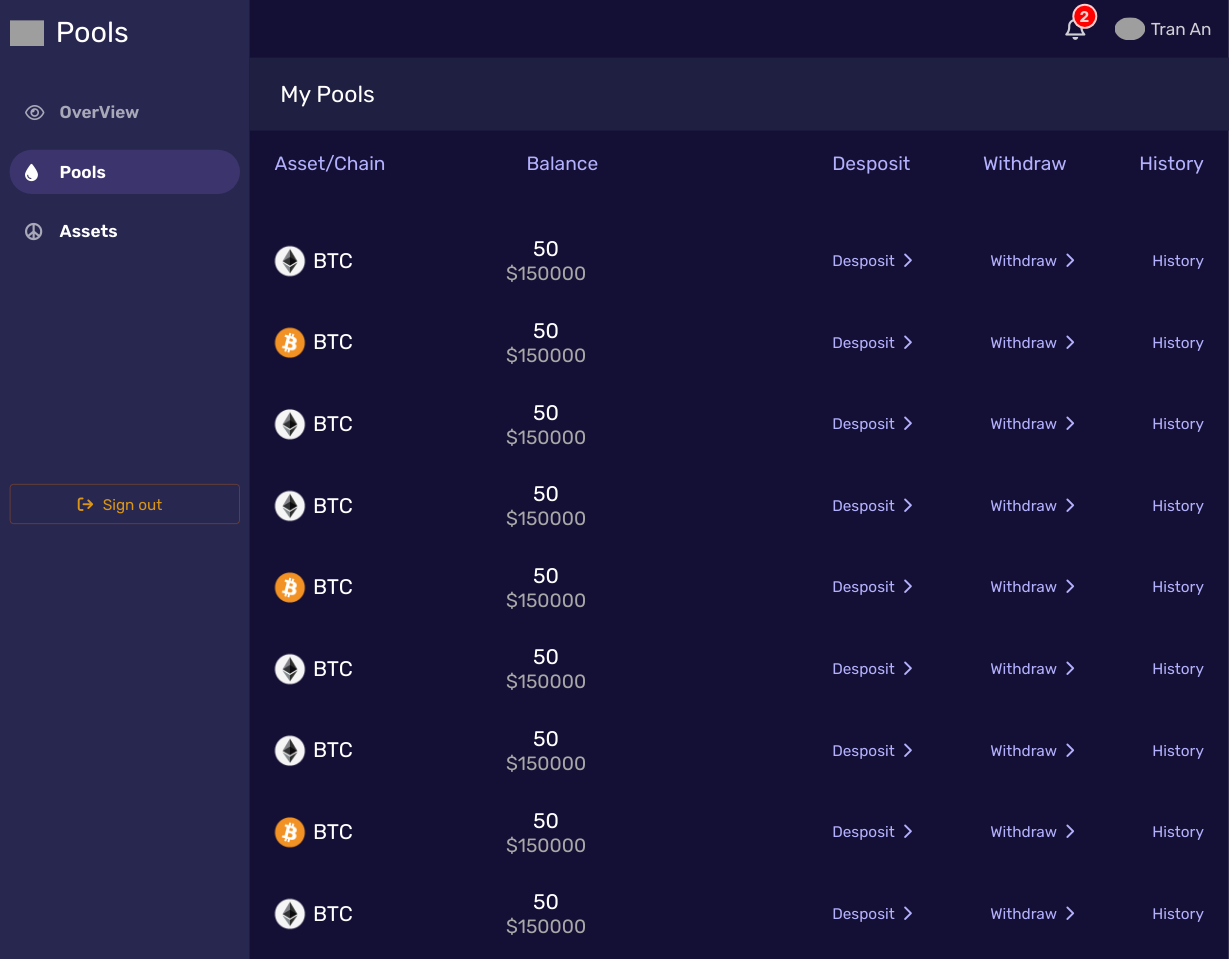
Repository: quynh232000/pools
Page: index.html
An editor plug-in stored every save of this project. The page is shown before and after the next save, followed by the edit.
The browser window is 1280 px wide. The pictures show the whole page, at 96% of full size.
Pictures or frames that could not be fetched are drawn as grey boxes.

Above is the page before, as saved 2023-07-13 22:30:25.

### index.html
<!DOCTYPE html>
<html lang="en">
  <head>
    <meta charset="UTF-8" />
    <meta name="viewport" content="width=device-width, initial-scale=1.0" />
    <title>Document</title>

    <link rel="stylesheet" href="./src/css/base.css" />
    <link rel="stylesheet" href="./src/css/style.css" />
    <link
      rel="stylesheet"
      href="https://cdnjs.cloudflare.com/ajax/libs/font-awesome/6.4.0/css/all.min.css"
      integrity="sha512-iecdLmaskl7CVkqkXNQ/ZH/XLlvWZOJyj7Yy7tcenmpD1ypASozpmT/E0iPtmFIB46ZmdtAc9eNBvH0H/ZpiBw=="
      crossorigin="anonymous"
      referrerpolicy="no-referrer"
    />
  </head>
  <body>
    <div class="container">
      <div class="sidebar">
        <div class="sidebar-logo">
          <img src="https://sef-eco.vercel.app/assets/images/logo.png" alt="" />
          <span>Pools</span>
        </div>
        <div class="sidebar-items">
          <div class="sidebar-list">
            <div class="sidebar-item">
              <i class="fa-regular fa-eye"></i>
              <div class="sidebar-item-name">OverView</div>
            </div>
            <div class="sidebar-item sidebar-item-active">
              <i class="fa-solid fa-droplet"></i>
              <a href="/pool.html" class="sidebar-item-name">Pools</a>
            </div>
            <div class="sidebar-item">
              <i class="fa-solid fa-peace"></i>
              <a href="/index.html" class="sidebar-item-name">Assets</a>
            </div>
          </div>

          <div class="sidebar-sign-out">
            <i class="fa-solid fa-arrow-right-from-bracket"></i>
            <div class="sidebar-item-name">Sign out</div>
          </div>
        </div>
      </div>
      <div class="content">
        <div class="header">
          <div class="header-noti">
            <i class="fa-regular fa-bell"></i>
            <div class="header-noti-count">2</div>
          </div>
          <div class="header-user">
            <img
              src="https://static.vecteezy.com/system/resources/previews/002/002/257/original/beautiful-woman-avatar-character-icon-free-vector.jpg"
              alt=""
            />
            <div class="header-user-name">Tran An</div>
          </div>
        </div>
        <!-- body -->
        <div class="content-title">My Pools</div>
        <div class="content-body">
          <div class="content-list">
            <!-- nav -->
            <div class="content-nav">
              <div class="nav-left">
                <div class="nav-left-info">
                  <div class="nav-left-name nav-text">Asset/Chain</div>
                </div>
                <div class="nav-left-balance">
                  <span class="nav-text">Balance</span>
                </div>
                <!-- Coin name -->
              </div>
              <div class="nav-right">
                <span class="nav-text">Desposit </span>
                <span class="nav-text">Withdraw </span>
                <span class="nav-text">History</span>
              </div>
            </div>

            <div class="content-list-body">
              <div class="content-nav">
                <div class="nav-left">
                  <div class="nav-left-info">
                    <img src="./src/img/eth.png" alt="" />
                    <div class="nav-left-name">BTC</div>
                  </div>
                  <div class="nav-left-balance">
                    <span>50</span>
                    <span>$150000</span>
                  </div>
                  <!-- Coin name -->
                </div>
                <div class="nav-right">
                  <span
                    >Desposit <i class="fa-solid fa-chevron-right"></i
                  ></span>
                  <span
                    >Withdraw <i class="fa-solid fa-chevron-right"></i
                  ></span>
                  <span>History</span>
                </div>
              </div>
              <div class="content-nav">
                <div class="nav-left">
                  <div class="nav-left-info">
                    <img src="./src/img/btc (1).png" alt="" />
                    <div class="nav-left-name">BTC</div>
                  </div>
                  <div class="nav-left-balance">
                    <span>50</span>
                    <span>$150000</span>
                  </div>
                  <!-- Coin name -->
                </div>
                <div class="nav-right">
                  <span
                    >Desposit <i class="fa-solid fa-chevron-right"></i
                  ></span>
                  <span
                    >Withdraw <i class="fa-solid fa-chevron-right"></i
                  ></span>
                  <span>History</span>
                </div>
              </div>
              <div class="content-nav">
                <div class="nav-left">
                  <div class="nav-left-info">
                    <img src="./src/img/eth.png" alt="" />
                    <div class="nav-left-name">BTC</div>
                  </div>
                  <div class="nav-left-balance">
                    <span>50</span>
                    <span>$150000</span>
                  </div>
                  <!-- Coin name -->
                </div>
                <div class="nav-right">
                  <span
                    >Desposit <i class="fa-solid fa-chevron-right"></i
                  ></span>
                  <span
                    >Withdraw <i class="fa-solid fa-chevron-right"></i
                  ></span>
                  <span>History</span>
                </div>
              </div>
              <div class="content-nav">
                <div class="nav-left">
                  <div class="nav-left-info">
                    <img src="./src/img/eth.png" alt="" />
                    <div class="nav-left-name">BTC</div>
                  </div>
                  <div class="nav-left-balance">
                    <span>50</span>
                    <span>$150000</span>
                  </div>
                  <!-- Coin name -->
                </div>
                <div class="nav-right">
                  <span
                    >Desposit <i class="fa-solid fa-chevron-right"></i
                  ></span>
                  <span
                    >Withdraw <i class="fa-solid fa-chevron-right"></i
                  ></span>
                  <span>History</span>
                </div>
              </div>
              <div class="content-nav">
                <div class="nav-left">
                  <div class="nav-left-info">
                    <img src="./src/img/btc (1).png" alt="" />
                    <div class="nav-left-name">BTC</div>
                  </div>
                  <div class="nav-left-balance">
                    <span>50</span>
                    <span>$150000</span>
                  </div>
                  <!-- Coin name -->
                </div>
                <div class="nav-right">
                  <span
                    >Desposit <i class="fa-solid fa-chevron-right"></i
                  ></span>
                  <span
                    >Withdraw <i class="fa-solid fa-chevron-right"></i
                  ></span>
                  <span>History</span>
                </div>
              </div>
              <div class="content-nav">
                <div class="nav-left">
                  <div class="nav-left-info">
                    <img src="./src/img/eth.png" alt="" />
                    <div class="nav-left-name">BTC</div>
                  </div>
                  <div class="nav-left-balance">
                    <span>50</span>
                    <span>$150000</span>
                  </div>
                  <!-- Coin name -->
                </div>
                <div class="nav-right">
                  <span
                    >Desposit <i class="fa-solid fa-chevron-right"></i
                  ></span>
                  <span
                    >Withdraw <i class="fa-solid fa-chevron-right"></i
                  ></span>
                  <span>History</span>
                </div>
              </div>
              <div class="content-nav">
                <div class="nav-left">
                  <div class="nav-left-info">
                    <img src="./src/img/eth.png" alt="" />
                    <div class="nav-left-name">BTC</div>
                  </div>
                  <div class="nav-left-balance">
                    <span>50</span>
                    <span>$150000</span>
                  </div>
                  <!-- Coin name -->
                </div>
                <div class="nav-right">
                  <span
                    >Desposit <i class="fa-solid fa-chevron-right"></i
                  ></span>
                  <span
                    >Withdraw <i class="fa-solid fa-chevron-right"></i
                  ></span>
                  <span>History</span>
                </div>
              </div>
              <div class="content-nav">
                <div class="nav-left">
                  <div class="nav-left-info">
                    <img src="./src/img/btc (1).png" alt="" />
                    <div class="nav-left-name">BTC</div>
                  </div>
                  <div class="nav-left-balance">
                    <span>50</span>
                    <span>$150000</span>
                  </div>
                  <!-- Coin name -->
                </div>
                <div class="nav-right">
                  <span
                    >Desposit <i class="fa-solid fa-chevron-right"></i
                  ></span>
                  <span
                    >Withdraw <i class="fa-solid fa-chevron-right"></i
                  ></span>
                  <span>History</span>
                </div>
              </div>
              <div class="content-nav">
                <div class="nav-left">
                  <div class="nav-left-info">
                    <img src="./src/img/eth.png" alt="" />
                    <div class="nav-left-name">BTC</div>
                  </div>
                  <div class="nav-left-balance">
                    <span>50</span>
                    <span>$150000</span>
                  </div>
                  <!-- Coin name -->
                </div>
                <div class="nav-right">
                  <span
                    >Desposit <i class="fa-solid fa-chevron-right"></i
                  ></span>
                  <span
                    >Withdraw <i class="fa-solid fa-chevron-right"></i
                  ></span>
                  <span>History</span>
                </div>
              </div>
            </div>
          </div>
        </div>
      </div>
    </div>
  </body>
</html>

### src/css/base.css
@import url('https://fonts.googleapis.com/css2?family=Rubik:wght@300;400;500;600;700&display=swap');
 :root{
    --primary-color:#fff;
    --text-color:#fff;
    --bg-color:#140f34;
    --bg-item-color:#282750;

 }
*{
    box-sizing: inherit;
}
html,body{
    box-sizing: border-box;
    margin: 0;
    padding: 0;
    font-family: 'Rubik', sans-serif;
    color: var(--text-color);
}
a{
    color: white;
    text-decoration: none;
}

### src/css/style.css
.container{
    width: 100%;
    min-height: 100vh;
    background-color: var(--bg-color);
    display: flex;
}
.sidebar{
    width: 20%;
    min-width: 260px;
    max-width: 400px;
    display: flex;
    flex-direction: column;
    min-height: 100vh;
    background-color: var(--bg-item-color);
}
.sidebar-logo{
    display: flex;
    width: 100%;
    align-items: center;
    padding: 16px 10px;
}
.sidebar-logo img{
    width: 15%;
}
.sidebar-logo span{
    font-size: 30px;
    color: var(--primary-color);
    margin-left: 12px;

}
.sidebar-items{
    padding: 26px 10px;
    display: flex;
    flex-direction: column;
    justify-content: space-between;
    min-height: 70vh;
}
.sidebar-list{

}
.sidebar-item{
    font-size: 18px;
    display: flex;
    align-items: center;
    padding: 12px 16px;
    border-radius: 40px;
    color: rgb(255 255 255/.6);
    margin-bottom: 16px;
    font-weight: 600;
    transition: color .3s;
}
.sidebar-item:hover{
    cursor: pointer;
    color: rgb(255 255 255/.8);
}
.sidebar-item-active{
    background-color:#3c356d ;
    color: var(--text-color);
}
.sidebar-item i{
    min-width: 36px;
}
.sidebar-sign-out{
    display: flex;
    align-items: center;
    color: rgb(218, 149, 23);
    text-align: center;
    border: 1px solid rgba(202, 98, 12,.4);
    justify-content: center;
    padding-right: 10px;
    border-radius: 4px;
    transition: color border .3s;
}
.sidebar-sign-out:hover{
    cursor: pointer;
    color: rgb(253, 166, 5);
    border: 1px solid rgba(202, 98, 12,.5);
}
.sidebar-sign-out i{
    margin-right: 10px;
    padding: 12px 0;
}

.content{
    width: 85%;
    min-height: 100vh;
    /* background-color: var(--bg-color); */
}
.header{
    display: flex;
    justify-content: flex-end;
    padding: 18px;
    color: rgb(255 255 255/.8);
    align-items: center;
}
.header-user{
    display: flex;
    align-items: center;
    font-size: 18px;

}
.header-user img {
    width: 32px;
    border-radius: 50%;
    margin-right: 6px;
}
.header-noti{
    display: flex;
    margin-right: 30px;
    font-size: 20px;
    position: relative;
    font-size: 24px;
}
.header-noti-count{
    width: 26px;
    height: 26px;
    position: absolute;
    top: -14px;
    left: 7px;
    border: 2px solid  rgb(255 255 255/.8);
    text-align: center;
    border-radius: 50%;
    font-size: 16px;
    display: flex;
    align-items: center;
    justify-content: center;
    background-color: var(--bg-color);
    background-color: red;
    font-weight: 600;

}
.content-title{
    background-color: #1f1f42;
    padding: 24px 32px;
    font-size: 24px;
}
.content-list{
    display: flex;
    flex-direction: column;
    align-items: center;
}
.content-list-body{
    width: 100%;
    margin-top: 20px;

}
.content-nav{
    width: 100%;
    display: flex;
    justify-content: space-between;
    padding: 12px 26px;
    margin: 10px 0;
}
.nav-left{
    width: 50%;
    display: flex;
    align-items: center;
    justify-content: space-between;
    font-size: 22px;

}
.nav-left-info{
    display: flex;
    align-items: center;
}
.nav-left-info img{
    width: 32px;
    margin-right: 8px;
}
.nav-left-name{
    font-size: 22px;
}
.nav-left-balance{
    display: flex;
    flex-direction: column;
    align-items: center;
    flex: 1;
}
.nav-left-balance span:nth-child(2){
    font-size: 20px;
    color: #a8a8a8;
}


.nav-right{
    width: 40%;
    display: flex;
    justify-content: space-between;
    align-items: center;
    color: #b3b1fd;
}
.nav-right span{
    transition: color .3s;
}
.nav-right span i{
    font-size: 16px !important;
    margin-left: 4px;
}
.nav-right span:hover{
    color:#f8c2b0;
    cursor: pointer;
}
.nav-text{
    color: #b3b1fd;
    font-size: 20px;
}
.nav-right .nav-tex:hover{
    color: #b3b1fd !important;
    cursor: no-drop;
}

After the next save:
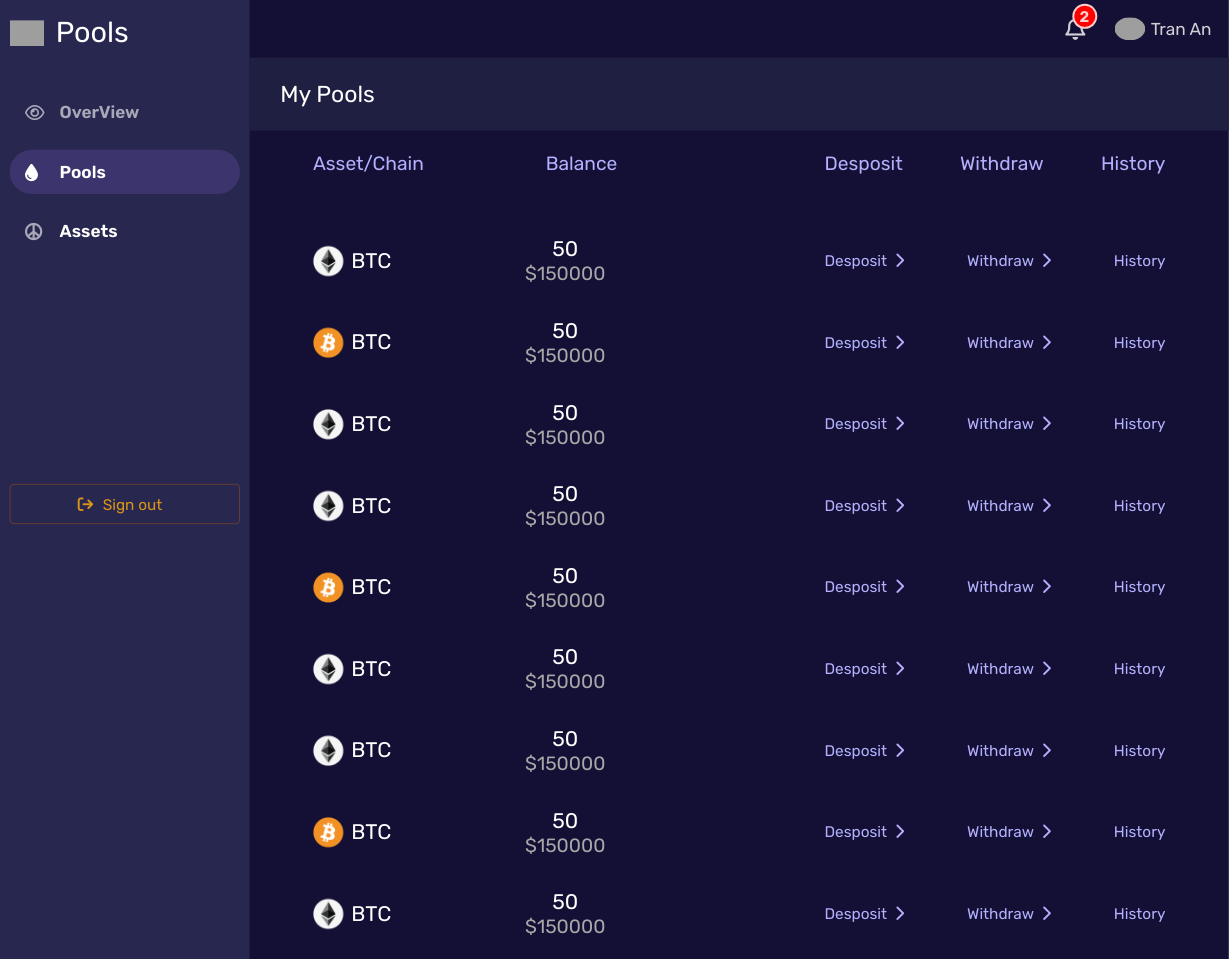
Saved 36 s later.
--- a/src/css/style.css
+++ b/src/css/style.css
@@ -138,6 +138,7 @@
     display: flex;
     flex-direction: column;
     align-items: center;
+    padding: 0 40px;
 }
 .content-list-body{
     width: 100%;
